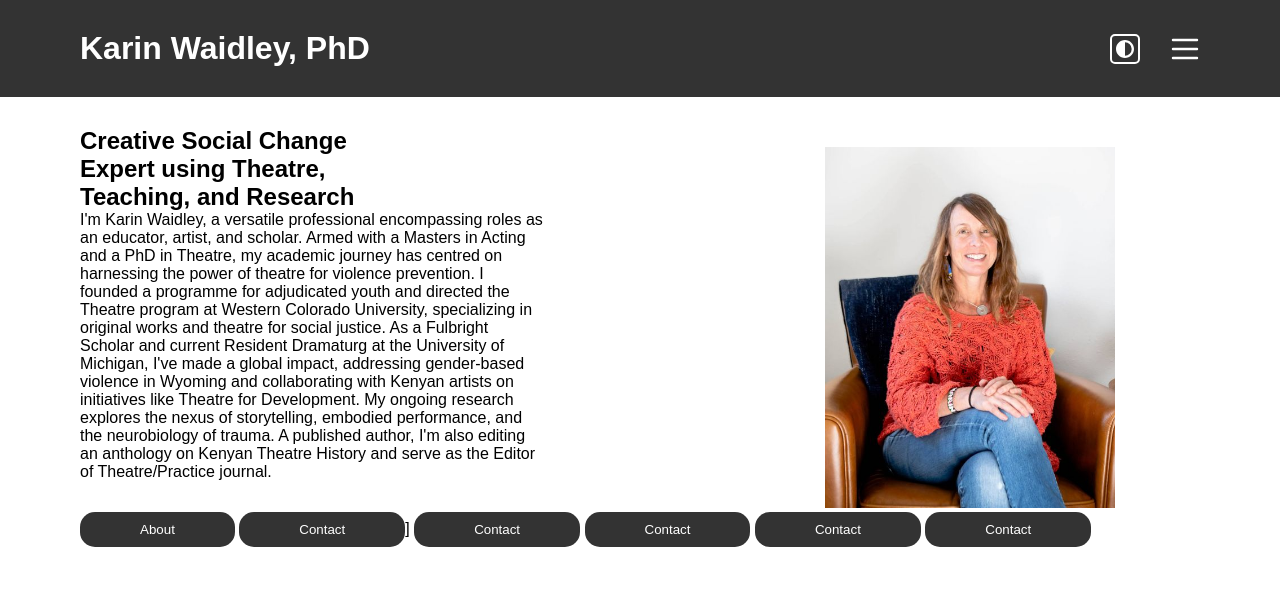
Repository: Ceasor7/Karin
Page: index.html
The author's editor kept a copy of each file at every save. The page is drawn from the files as they stood at one save, then again after the next save.
The browser window is 1280 px wide. The pictures show the whole page.

Above is the page before, as saved 2023-12-14 13:59:26.

### index.html
<!DOCTYPE html>
<html lang="en">

<head>
    <meta charset="UTF-8">
    <meta name="viewport" content="width=device-width, initial-scale=1.0">
    <title>Karin Waidley, PhD | Home</title>
    <style>
        /* Resetting some default styles for better consistency */
        body,
        h1,
        h2,
        h3,
        p,
        ul,
        li {
            margin: 0;
            padding: 0;
            list-style: none;
        }

        /* Global styles */
        body {
            font-family: Arial, sans-serif;
        }

        /* Navbar styles */
        header {
            background-color: #333;
            color: white;
            padding: 10px 0;
        }

        .navbar {
            display: flex;
            justify-content: space-between;
            align-items: center;
            padding: 20px;
            margin-left: 60px;
            margin-right: 60px;
        }

        .navbar-logo {
            font-size: 2em;
            font-weight: bold;
        }

        .navbar-icons {
            display: flex;
            gap: 10px;
        }

        .dark-mode-toggle {
            color: var(--secondary-color);
            border: 2px solid currentColor;
            padding: 4px;
            background: transparent;
            cursor: pointer;
            border-radius: 5px;
            width: 30px;
            height: 30px;
        }

        .dark-mode-toggle,
        .svg-icon {
            margin-right: 20px;
        }

        /* Main content styles */
        section {
            margin-top: 20px;
        }

        /* Contact form styles */
        form {
            max-width: 600px;
            margin: 0 auto;
        }

        label {
            display: block;
            margin-bottom: 8px;
        }

        input,
        textarea,
        select {
            width: 100%;
            padding: 8px;
            margin-bottom: 16px;
            box-sizing: border-box;
        }

        /* New section styles */
        .image-section {
            text-align: center;
            margin-top: 20px;
            margin-right: 20px;
        }

        .image-section img {
            max-width: 50%;
            height: auto;
        }

        /* Add this CSS to make the two divs beside each other */
        .flex-container {
            display: flex;
            justify-content: space-between;
            margin-top: 30px;
        }

        .flex-container>div {
            flex: 1;
            margin-right: 20px;
        }

        /* Home */
        .home-details {
            text-align: left;
            margin-left: 80px;
        }

        .home-details p {
            width: 80%;
        }

        .home-buttons {
            margin-left: 80px;
            justify-content: space-between;
        }

        .homeRedirect-buttons {
            padding: 10px;
            background-color: #333;
            color: white;
            padding-left: 60px;
            padding-right: 60px;
            border-radius: 15px;
            border: none;
        }

        /* Home */
    </style>
</head>

<body>
    <header>
        <div class="navbar">
            <div class="navbar-logo">Karin Waidley, PhD</div>
            <div class="navbar-icons">
                <button id="dark-mode-toggle" class="dark-mode-toggle">
                    <svg width="100%" xmlns="http://www.w3.org/2000/svg" viewBox="0 0 496 496">
                        <path fill="currentColor"
                            d="M8,256C8,393,119,504,256,504S504,393,504,256,393,8,256,8,8,119,8,256ZM256,440V72a184,184,0,0,1,0,368Z"
                            transform="translate(-8 -8)" />
                    </svg>
                </button>
                <svg xmlns="http://www.w3.org/2000/svg" x="0px" y="0px" width="30" height="30" viewBox="0 0 50 50"
                    style="fill:#FFFFFF;">
                    <path
                        d="M 5 8 A 2.0002 2.0002 0 1 0 5 12 L 45 12 A 2.0002 2.0002 0 1 0 45 8 L 5 8 z M 5 23 A 2.0002 2.0002 0 1 0 5 27 L 45 27 A 2.0002 2.0002 0 1 0 45 23 L 5 23 z M 5 38 A 2.0002 2.0002 0 1 0 5 42 L 45 42 A 2.0002 2.0002 0 1 0 45 38 L 5 38 z">
                    </path>
                </svg>
            </div>
        </div>
    </header>
    <div class="flex-container">
        <div class="home-details">
            <h2>Creative Social Change<br> Expert using Theatre, <br>Teaching, and Research</h2>
            <p>I'm Karin Waidley, a versatile professional encompassing roles as an educator, artist, and scholar. Armed
                with a Masters in Acting and a PhD in Theatre, my academic journey has centred on harnessing the power
                of theatre for violence prevention. I founded a programme for adjudicated youth and directed the Theatre
                program at Western Colorado University, specializing in original works and theatre for social justice.
                As a Fulbright Scholar and current Resident Dramaturg at the University of Michigan, I've made a global
                impact, addressing gender-based violence in Wyoming and collaborating with Kenyan artists on initiatives
                like Theatre for Development. My ongoing research explores the nexus of storytelling, embodied
                performance, and the neurobiology of trauma. A published author, I'm also editing an anthology on Kenyan
                Theatre History and serve as the Editor of Theatre/Practice journal.</p>
        </div>
        <div class="image-section">
            <img src="images/Karin.jpeg" alt="Karin Waidley">
        </div>
    </div>
    <div class="home-buttons">
        <button class="homeRedirect-buttons">About</button>
        <button class="homeRedirect-buttons">Contact</button>]
        <button class="homeRedirect-buttons">Contact</button>
        <button class="homeRedirect-buttons">Contact</button>
        <button class="homeRedirect-buttons">Contact</button>
        <button class="homeRedirect-buttons">Contact</button>
    </div>
</body>

</html>

After the next save:
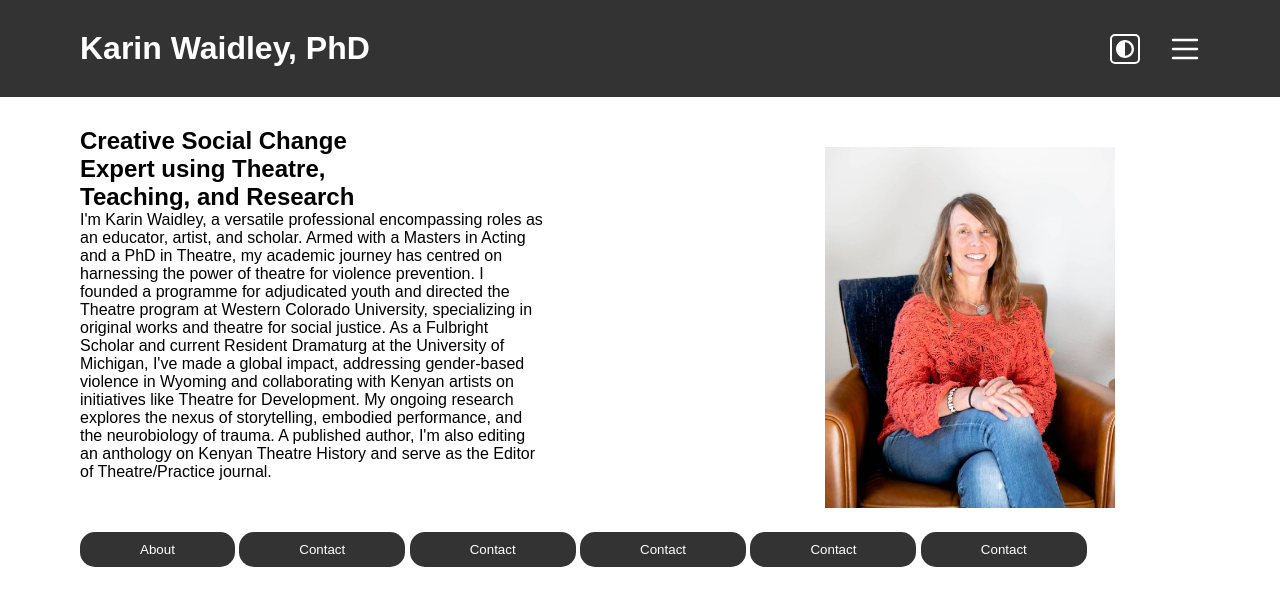
Saved 23 s later.
--- a/index.html
+++ b/index.html
@@ -126,6 +126,7 @@
         }
 
         .home-buttons {
+            margin-top: 20px;
             margin-left: 80px;
             justify-content: space-between;
         }
@@ -184,7 +185,7 @@
     </div>
     <div class="home-buttons">
         <button class="homeRedirect-buttons">About</button>
-        <button class="homeRedirect-buttons">Contact</button>]
+        <button class="homeRedirect-buttons">Contact</button>
         <button class="homeRedirect-buttons">Contact</button>
         <button class="homeRedirect-buttons">Contact</button>
         <button class="homeRedirect-buttons">Contact</button>
